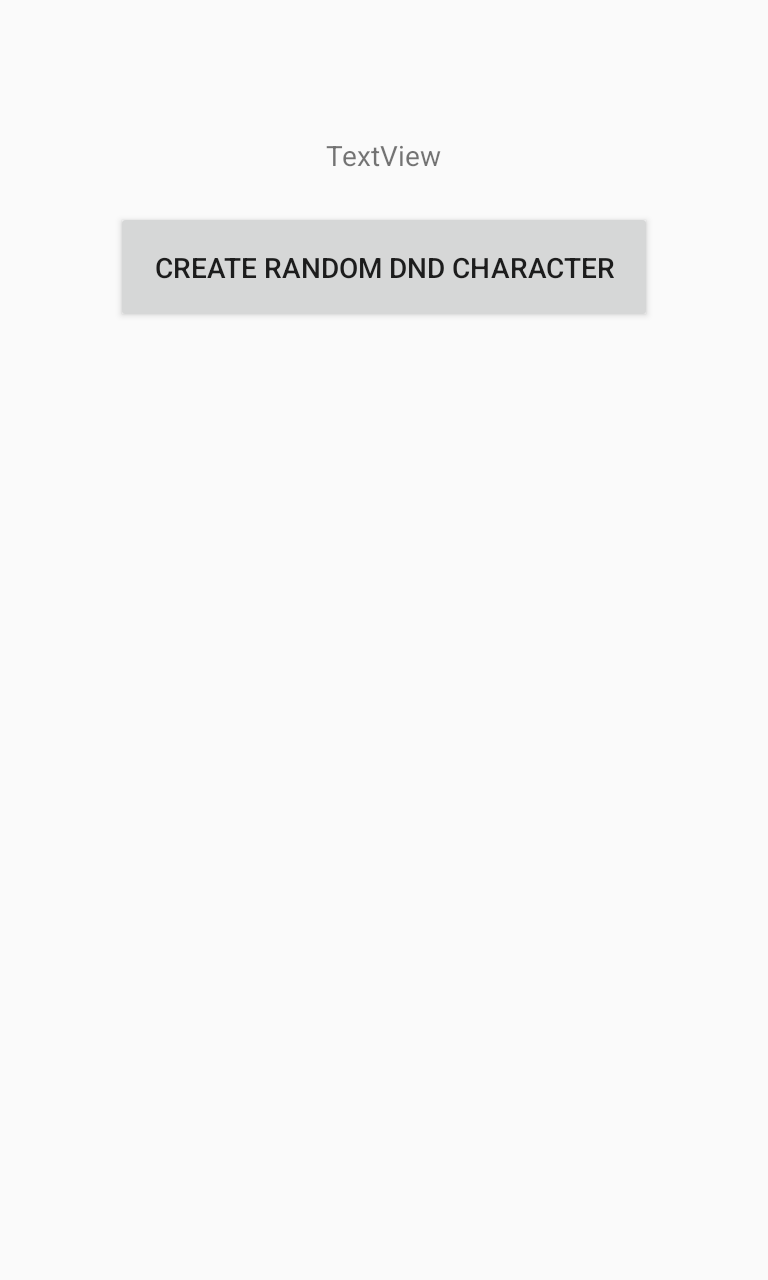
Repository: Vortelf/DnDAndroid
Layout: BuildApp/DnD/res/layout/activity_random_char.xml
These files come from the project's save history. The layout is drawn as it stood at one moment and after the next save; the edit follows.
It is drawn on a 768 x 1280 px phone screen (xhdpi) without system bars, with theme AppTheme; the app's code is not run.

Above is the layout before, as saved 2014-11-08 15:50:14.

After the next save:
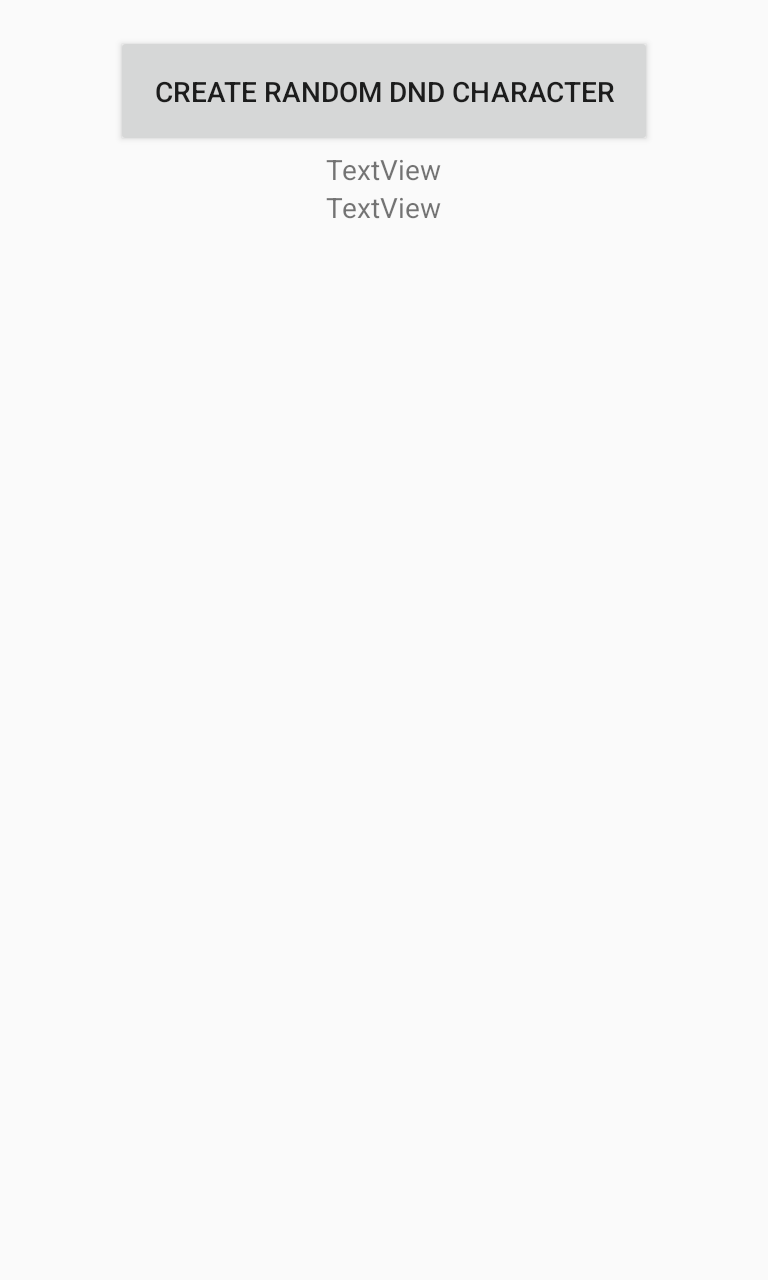
Saved 4 min 37 s later.
--- a/BuildApp/DnD/res/layout/activity_random_char.xml
+++ b/BuildApp/DnD/res/layout/activity_random_char.xml
@@ -15,7 +15,6 @@
         android:layout_height="wrap_content"
         android:layout_alignParentTop="true"
         android:layout_centerHorizontal="true"
-        android:layout_marginTop="88dp"
         android:gravity="center_horizontal"
         android:padding="20dp"
         android:text="@string/random_button" />
@@ -24,9 +23,16 @@
         android:id="@+id/ChaNM"
         android:layout_width="wrap_content"
         android:layout_height="wrap_content"
-        android:layout_alignParentTop="true"
+        android:layout_below="@+id/RandomButton"
         android:layout_centerHorizontal="true"
-        android:layout_marginTop="52dp"
+        android:text="TextView" />
+
+    <TextView
+        android:id="@+id/textView1"
+        android:layout_width="wrap_content"
+        android:layout_height="wrap_content"
+        android:layout_alignLeft="@+id/ChaNM"
+        android:layout_below="@+id/ChaNM"
         android:text="TextView" />
 
 </RelativeLayout>
